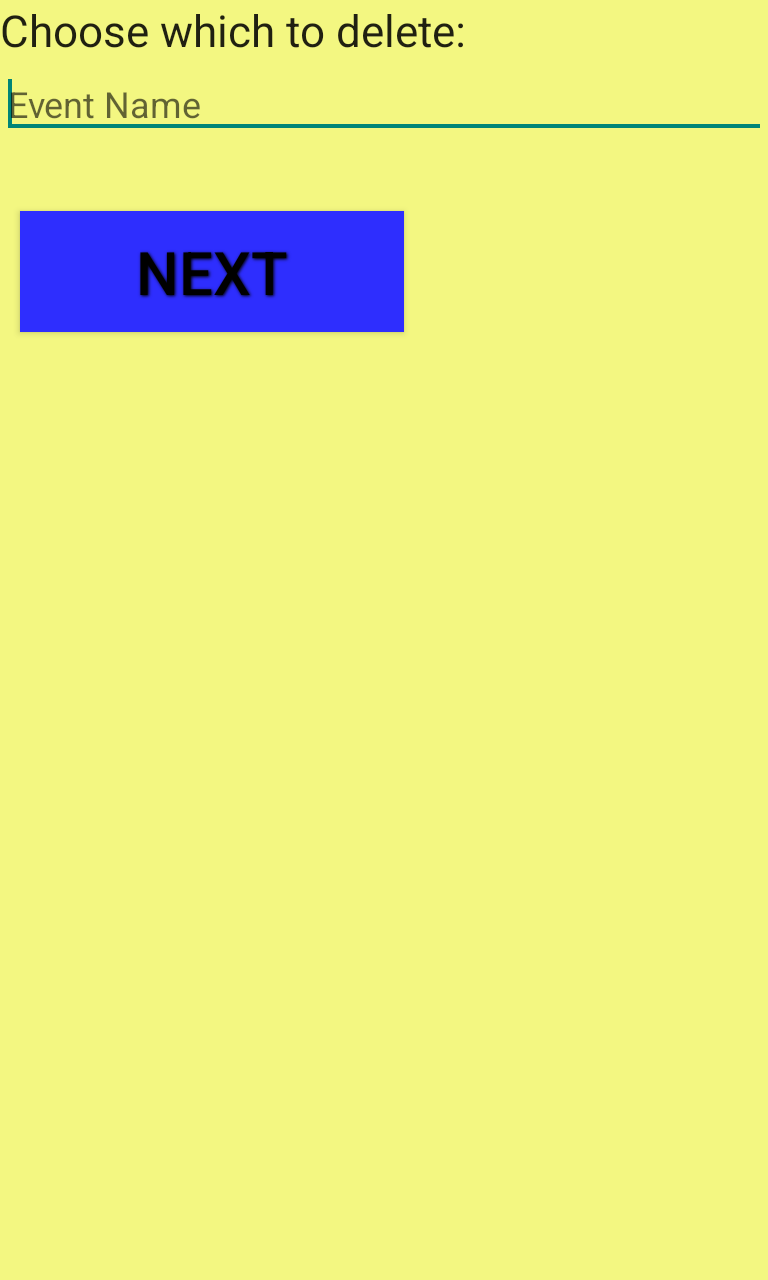
Repository: bluenavy/requirements
Layout: workspace/RetentionScheduler/res/layout/activity_delete.xml
An editor plug-in stored every save of this project. The layout is shown before and after the next save, followed by the edit.
It is drawn on a 768 x 1280 px phone screen (xhdpi) without system bars, with theme AppTheme; the app's code is not run.

Above is the layout before, as saved 2015-03-26 12:57:08.

### workspace/RetentionScheduler/res/layout/activity_delete.xml
<?xml version="1.0" encoding="utf-8"?>
<LinearLayout xmlns:android="http://schemas.android.com/apk/res/android"
    android:layout_width="match_parent"
    android:layout_height="match_parent"
    android:orientation="vertical"
    android:background="#F3F781">

    <TextView
        android:id="@+id/textView1"
        android:layout_width="wrap_content"
        android:layout_height="wrap_content"
        android:text="Choose which to delete:"
        android:textAppearance="?android:attr/textAppearanceLarge" />

    <EditText
        android:id="@+id/editText1"
        android:layout_width="match_parent"
        android:layout_height="wrap_content"
        android:ems="10"
        android:hint="@string/event_name" >

        <requestFocus />
    </EditText>

    <TextView
        android:id="@+id/textView2"
        android:layout_width="wrap_content"
        android:layout_height="wrap_content"
        android:textAppearance="?android:attr/textAppearanceMedium" />
    <Button
        android:id="@+id/add_events"
        style="@style/ButtonText"
        android:layout_width="192dp"
        android:layout_height="wrap_content"
        android:background="#2E2EFE"
        android:onClick="onClick"
        android:padding="10dp"
        android:text="Next"
        android:textColor="#000000" />

</LinearLayout>

### workspace/RetentionScheduler/res/values/strings.xml
<?xml version="1.0" encoding="utf-8"?>
<resources xmlns:android="http://schemas.android.com/apk/res/android">

    <string name="app_name">Retention Scheduler</string>
    <string name="create_event">CREATE EVENT</string>
    <string name="edit_event">EDIT EVENT</string>
    <string name="action_settings">Settings</string>
    <string android:id="@+id/string1" name="delete_event" android:layout_width="wrap_content" android:layout_height="wrap_content">DELETE EVENT</string>
    <string android:id="@+id/string1" name="event_name" android:layout_width="wrap_content" android:layout_height="wrap_content">Event Name</string>
    <string android:id="@+id/string1" name="activity_title" android:layout_width="wrap_content" android:layout_height="wrap_content">This is an activity!</string>

    <color android:id="@+id/color1" name="white_color" android:layout_width="wrap_content" android:layout_height="wrap_content">#ffffff</color>

    <string android:id="@+id/string1" name="open_activity_title" android:layout_width="wrap_content" android:layout_height="wrap_content">Open daw!</string>

    <color android:id="@+id/color1" name="create_color" android:layout_width="wrap_content" android:layout_height="wrap_content">#D1CEBA</color>
    <color android:id="@+id/color1" name="background" android:layout_width="wrap_content" android:layout_height="wrap_content">#FFFEE6</color>
    <color android:id="@+id/color1" name="edit_color" android:layout_width="wrap_content" android:layout_height="wrap_content">#D1CEBA</color>
    <color android:id="@+id/color1" name="delete_color" android:layout_width="wrap_content" android:layout_height="wrap_content">#D1CEBA</color>

    <style name="ButtonText">
        <item name="android:layout_width">match_parent</item>
        <item name="android:layout_height">wrap_content</item>
        <item name="android:textColor">#F8E5C7</item>
        <item name="android:gravity">center</item>
        <item name="android:layout_margin">10dp</item>
        <item name="android:textStyle">normal</item>
        <item name="android:textSize">30sp</item>
        <item name="android:shadowColor">#000000</item>
        <item name="android:shadowDx">1</item>
        <item name="android:shadowDy">1</item>
        <item name="android:shadowRadius">2</item>
    </style>

    <string android:id="@+id/string1" name="hint_desc" android:layout_width="wrap_content" android:layout_height="wrap_content">Description</string>
    <string android:id="@+id/string1" name="add_events" android:layout_width="wrap_content" android:layout_height="wrap_content">ADD</string>
    <string android:id="@+id/string1" name="assoc_note" android:layout_width="wrap_content" android:layout_height="wrap_content">ASSOCIATE FILES</string>
    <string android:id="@+id/string1" name="assoc_slide" android:layout_width="wrap_content" android:layout_height="wrap_content">ASSOCIATE SLIDES</string>
    <string android:id="@+id/string1" name="hint_date" android:layout_width="wrap_content" android:layout_height="wrap_content">MM/DD/YYYY</string>
    <string android:id="@+id/string1" name="hint_time" android:layout_width="wrap_content" android:layout_height="wrap_content">HH:MM</string>

    <color android:id="@+id/color1" name="text_color" android:layout_width="wrap_content" android:layout_height="wrap_content">#F8E5C7</color>

    <string name="title_activity_create1">Create1</string>
    <string name="hello_world">Hello world!</string>
    <string name="title_activity_delete">Delete</string>

</resources>

Loaded but not shown: workspace/RetentionScheduler/res/values/styles.xml (common file); workspace/RetentionScheduler/res/values-v11/styles.xml (common file); workspace/RetentionScheduler/res/values-v14/styles.xml (common file)

After the next save:
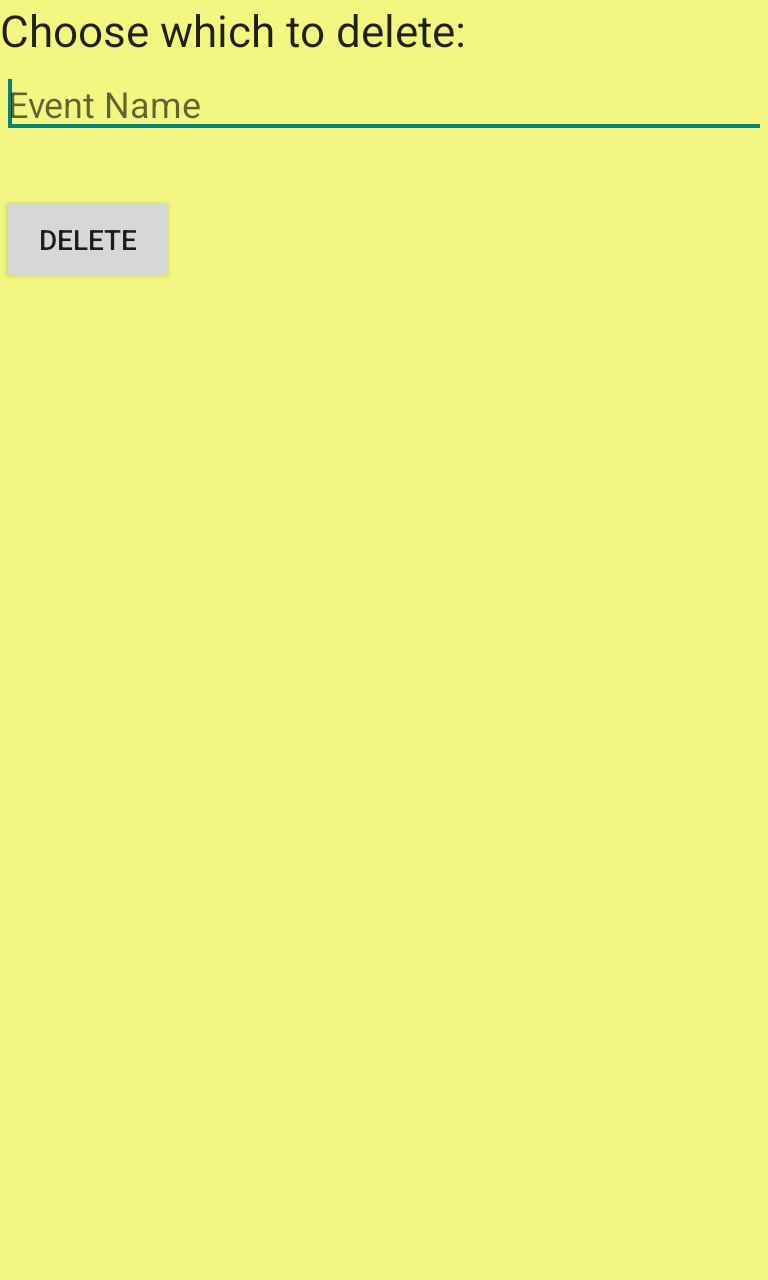
Saved 69 s later.
--- a/workspace/RetentionScheduler/res/layout/activity_delete.xml
+++ b/workspace/RetentionScheduler/res/layout/activity_delete.xml
@@ -27,15 +27,11 @@
         android:layout_width="wrap_content"
         android:layout_height="wrap_content"
         android:textAppearance="?android:attr/textAppearanceMedium" />
+
     <Button
-        android:id="@+id/add_events"
-        style="@style/ButtonText"
-        android:layout_width="192dp"
+        android:id="@+id/button1"
+        android:layout_width="wrap_content"
         android:layout_height="wrap_content"
-        android:background="#2E2EFE"
-        android:onClick="onClick"
-        android:padding="10dp"
-        android:text="Next"
-        android:textColor="#000000" />
+        android:text="Delete" />
 
 </LinearLayout>
